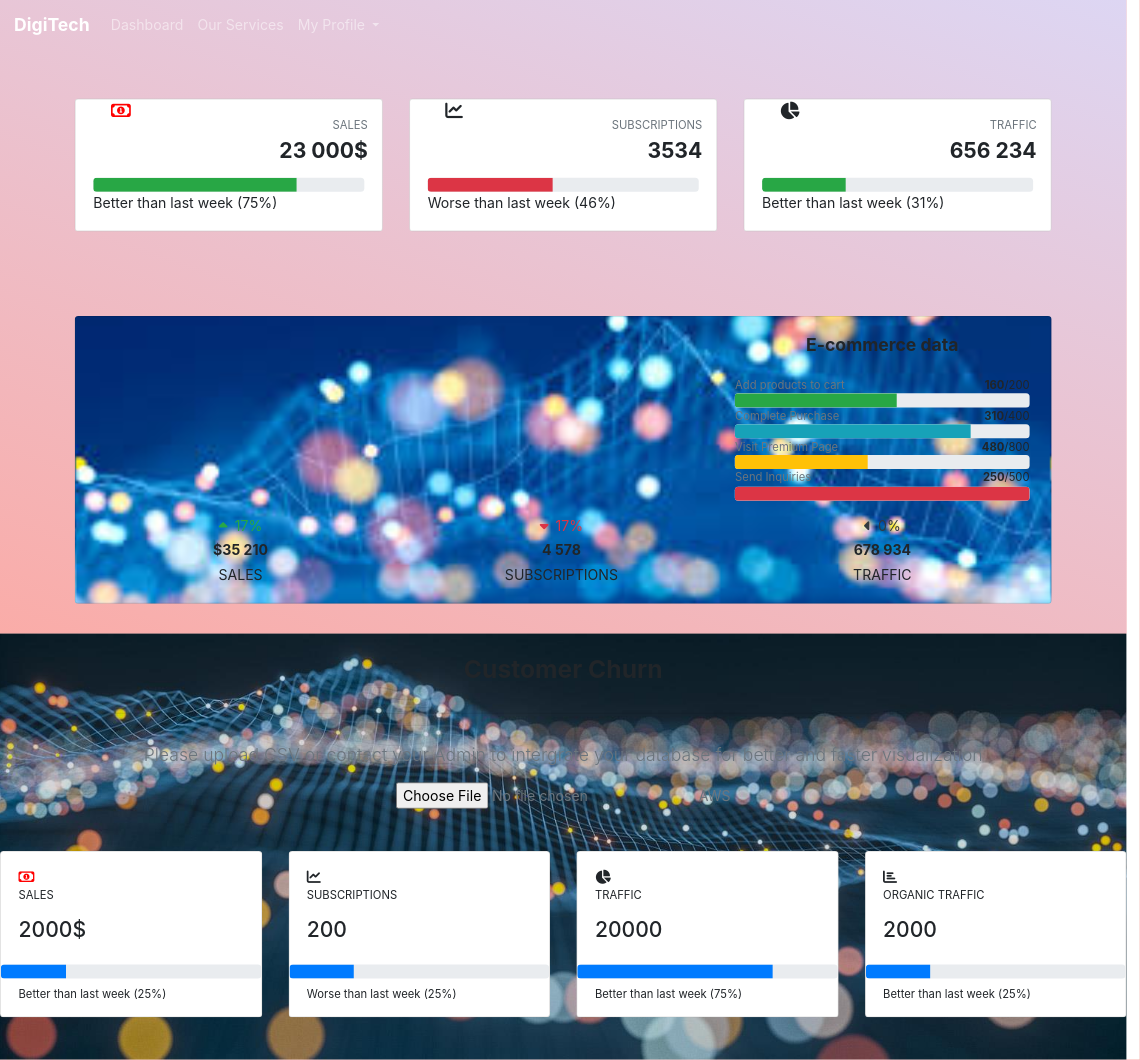
Repository: Tookliin/DigiTech
Page: /profile
The author's editor kept a copy of each file at every save. The page is drawn from the files as they stood at one save, then again after the next save.
The browser window is 1280 px wide. The page is 1295 px wide, so the pictures cover 1295 px, including what lies to the right of the window. The pictures show the whole page, at 88% of full size.
The project was rebuilt for these pictures with package versions that can differ from the ones it lists, and the page was loaded fresh each time. Also part of the build but not shown: src/components/Dashboard.vue, src/components/Error.vue, src/components/Register.vue, src/components/Organization.vue.

Above is the page before, as saved 2020-07-22 00:42:17.

After the next save:
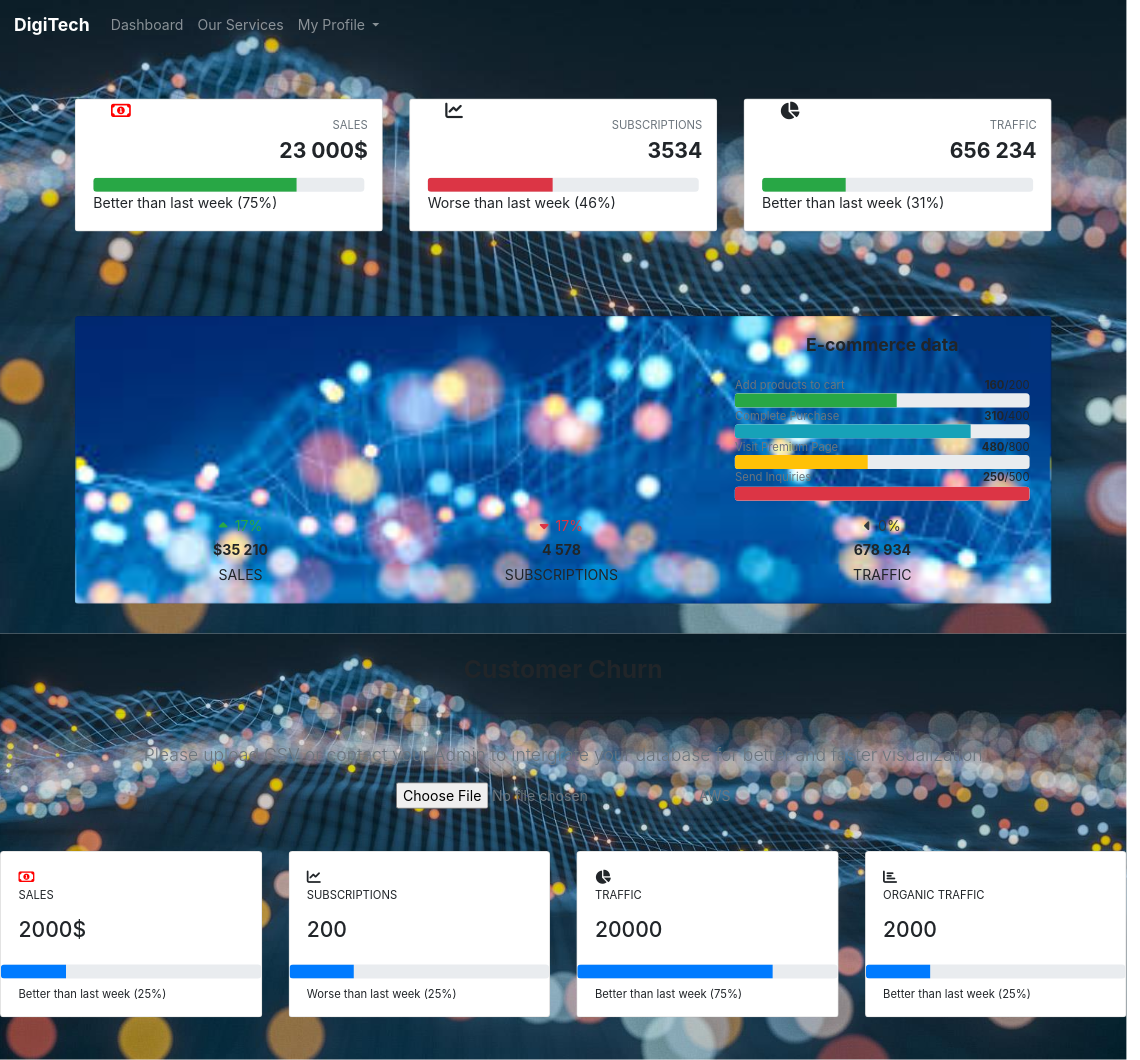
Saved 42 s later.
--- a/src/assets/css/main.css
+++ b/src/assets/css/main.css
@@ -54,11 +54,14 @@ background-image: linear-gradient(19deg, #21D4FD 0%, #B721FF 100%);
 
 
  .profile{
-    background-color: #FAACA8;
+    /* background-color: #FAACA8;
 background-image: -webkit-linear-gradient(19deg, #FAACA8 0%, #DDD6F3 100%);
 background-image: -moz-linear-gradient(19deg, #FAACA8 0%, #DDD6F3 100%);
 background-image: -o-linear-gradient(19deg, #FAACA8 0%, #DDD6F3 100%);
-background-image: linear-gradient(19deg, #FAACA8 0%, #DDD6F3 100%);
+background-image: linear-gradient(19deg, #FAACA8 0%, #DDD6F3 100%); */
+background-image: url("../images/dsa.jpg");
+background-position: center;
+background-size: cover;;
 
  }
 
